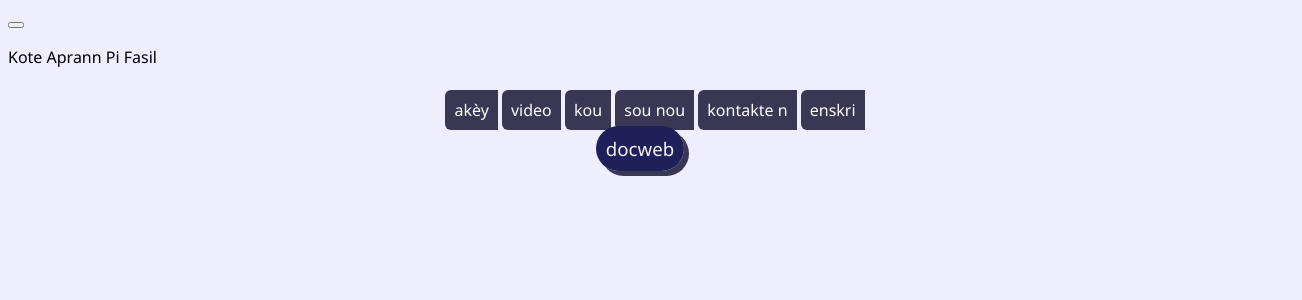
Repository: duperweb/docweb
Page: index.html
The author's editor kept a copy of each file at every save. The page is drawn from the files as they stood at one save, then again after the next save.
The browser window is 1280 px wide. The page is 1302 px wide, so the pictures cover 1302 px, including what lies to the right of the window. The pictures show the whole page.

Above is the page before, as saved 2021-03-16 15:10:32.

### index.html
<!DOCTYPE html>
<html lang="en">
<head>
    <meta charset="UTF-8">
    <meta http-equiv="X-UA-Compatible" content="IE=edge">
    <meta name="viewport" content="width=device-width, initial-scale=1.0">
    <title>DocWeb: Dokiman Pou Aprann Devlope Web</title>
    <link rel="stylesheet" href="assets/css/home.css">
</head>
<body>
    <!--HEADER SECTION WITH ITS CHILD-->
    <header id="header-pages">

        <nav class="top-message">
            <!--the button menu for mobile devices-->
            <button id="button-top-menu"  title="KLIKE POU WE SA K GEN NAN MENU">
                    <span></span>
                    <span></span>
                    <span></span>
            </button>
            <p>Kote Aprann Pi Fasil </p>
        </nav>

        <!--the top menu horizontal-->
        <nav id="nav-horizontal-menu" class="">
            <a href="index.html">akèy</a>
            <a href="video.html">video</a>
            <a href="kou.html">kou</a>
            <a href="about.html">sou nou</a>
            <a href="mailto:duperweb@gmail.com">kontakte n</a>
            <a href="sign.html" id="signin">enskri</a>
        </nav> <!-- end of the top menu horizontal-->
        <div class="docweb">
            <span class="header-line"></span>
             <span class="docweb-text-logo">docweb</span>
            <span class="header-line"></span>
        </div>

    </header><!--end of the HEADER SECTION-->

<!--this the top line section-->
</body>
</html>

### assets/css/home.css
/**************************************
IMPORTING OTHER FILE TO LOAD FIRST
*************************************/


/********************************
    RESET DEFAULT BEHAVIOR
********************************/
a {
    text-decoration: none;
}

body {
    background-color: #eef;
    font-family: 'Segoe UI', Tahoma, Geneva, Verdana, sans-serif
}

/*===================== HEADER PAGES SECTION===========================*/
.header-pages {
    /*with  % make container relative to size and can be centralized*/
    margin: 0 auto;
    width: 100%;
}

#nav-horizontal-menu {
    width: 100%;
    margin: 0 auto;
    padding: 15px;
    border-radius: 0 0 6px 6px;
    text-align: center;
}
#nav-horizontal-menu a {
    color: white;
    background-color: #383855;
    padding: 9px;
    border-radius: 6px 0 0 6px;

}
.docweb {
    margin: 0 auto;
    text-align: center;
}

.container-topline {
    margin-top: 10px;
    display: flex;
    justify-content: center;
    width: 80%;
    margin: 13px auto;
}

.header-line {
    font-size: 16px;
    flex: 2;
    width: 20%;
    border-bottom: 2px #1f1f5a double;
}

.top-text, .docweb-text-logo {
    flex: 1;
    color: whitesmoke;
    border-radius: 100px;
    background: #1f1f5a;
    font-size: 14pt;
    padding: 10px;
    box-shadow: 5px 5px #383855;
}
/*===================== END OF HEADER  TOP SECTION====================*/

After the next save:
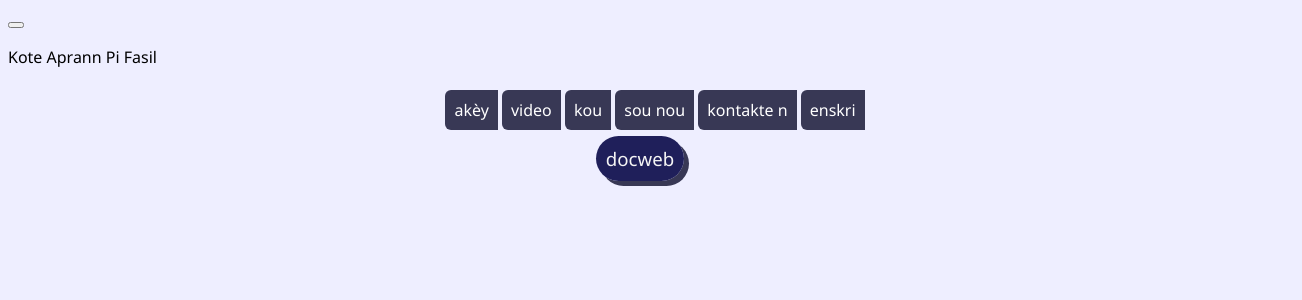
Saved 48 s later.
--- a/assets/css/home.css
+++ b/assets/css/home.css
@@ -24,7 +24,7 @@ body {
 
 #nav-horizontal-menu {
     width: 100%;
-    margin: 0 auto;
+    margin: 10px auto;
     padding: 15px;
     border-radius: 0 0 6px 6px;
     text-align: center;
